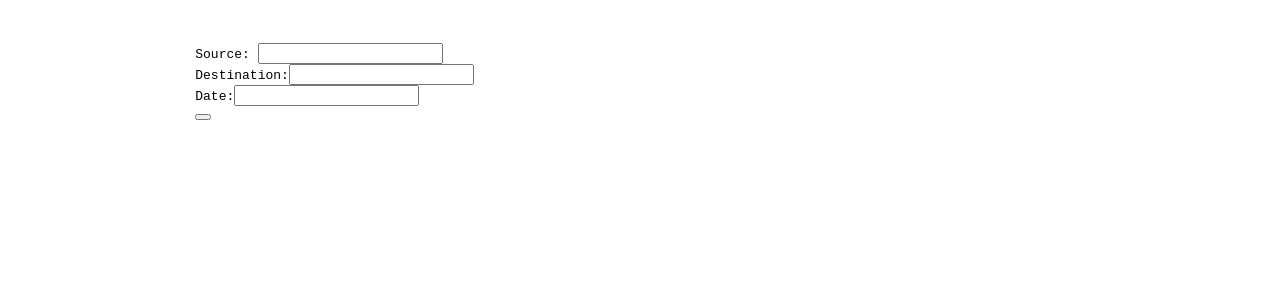
Repository: ravikumarpoddar/Spring
Page: springmvc/WebContent/views/FlightBooking.html
These files come from the project's save history. The page is drawn as it stood at one moment and after a run of saves; the edit follows.
The browser window is 1280 px wide. The pictures show the whole page.

Above is the page before, as saved 2018-02-09 04:24:29.

### springmvc/WebContent/views/FlightBooking.html
<!DOCTYPE html PUBLIC "-//W3C//DTD HTML 4.01 Transitional//EN" "http://www.w3.org/TR/html4/loose.dtd">
<html>
<head>
<meta http-equiv="Content-Type" content="text/html; charset=ISO-8859-1">
<title>Insert title here</title>
</head>
<body>

	<pre>
		<form>
			Source: <input type="text" name="source"/>
			Destination:<input type="text" name="destination"/>
			Date:<input type="text" name="dateofDept"/>
			<button type="submit"></button>
		</form>

	</pre>


</body>
</html>

After the next 3 saves:
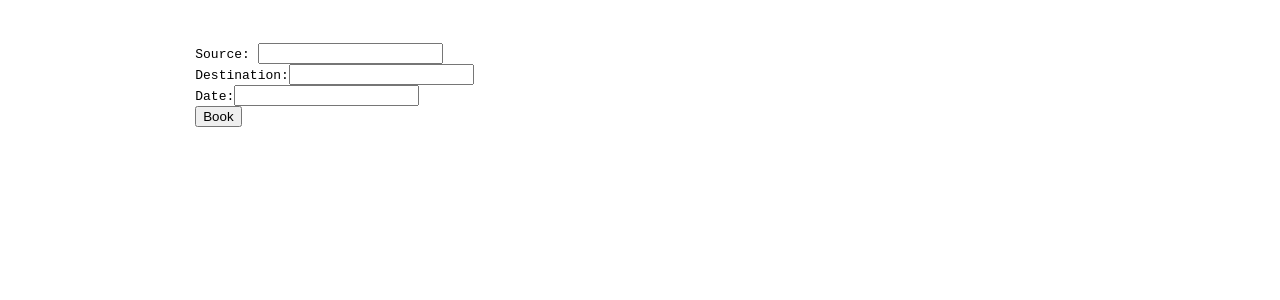
The 3 saves are shown as one change because they came seconds apart.
The last was saved 8 s later.
--- a/springmvc/WebContent/views/FlightBooking.html
+++ b/springmvc/WebContent/views/FlightBooking.html
@@ -11,7 +11,9 @@
 			Source: <input type="text" name="source"/>
 			Destination:<input type="text" name="destination"/>
 			Date:<input type="text" name="dateofDept"/>
-			<button type="submit"></button>
+			<button type="submit">Book</button>
+
+
 		</form>
 
 	</pre>
